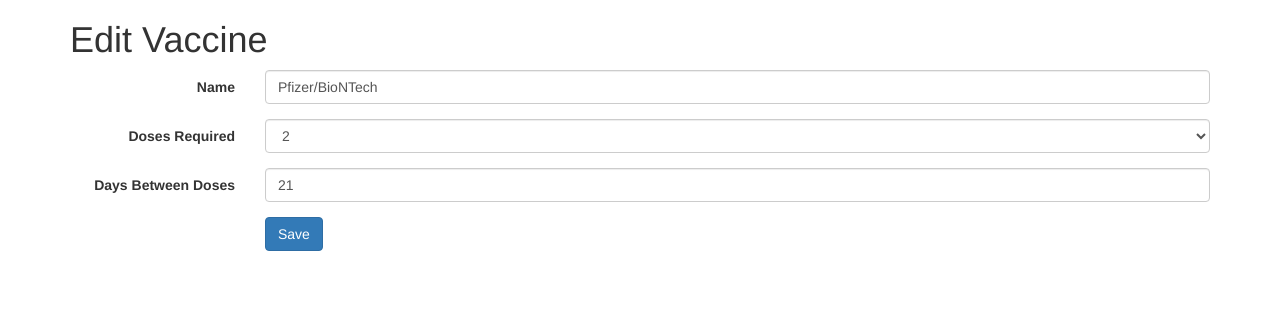
Repository: Thangtran1100/School-Stuff
Page: http://localhost/lab9/EditVaccine?id=1
The author's editor kept a copy of each file at every save. The page is drawn from the files as they stood at one save, then again after the next save.
The browser window is 1280 px wide. The pictures show the whole page.
Some web libraries are served in a nearby version. The page is served by Tomcat 9. Other server files are loaded and not shown.

Above is the page before, as saved 2023-03-27 21:48:25.

### Spring 2023/CS3220/Assignments/3220-Lab9-App/lab9/src/main/webapp/EditVaccine.jsp
<%@ page language="java" contentType="text/html; charset=UTF-8"
    pageEncoding="UTF-8"%>
<%@ taglib prefix="c" uri="http://java.sun.com/jsp/jstl/core"%>
<!DOCTYPE html>
<html lang="en">
<head>
    <meta charset="UTF-8">
    <title>Edit Vaccine</title>
    <link rel="stylesheet" href="https://maxcdn.bootstrapcdn.com/bootstrap/3.3.7/css/bootstrap.min.css">
</head>
<body>
    <div class="container">
        <h1>Edit Vaccine</h1>
        <form action="EditVaccine" method="post" class="form-horizontal">
            <input type="hidden" name="id" value="${vaccineEntry.id}">

            <div class="form-group">
                <label for="name" class="col-sm-2 text-md-start control-label">Name</label>
                <div class="col-sm-10">
                    <input type="text" name="name" class="form-control" value="${vaccineEntry.vaccine}">
                </div>
            </div>

            <div class="form-group">
                <label for="dose" class="col-sm-2 control-label">Doses Required</label>
                <div class="col-sm-10">
                    <select name="dose" class="form-control">
                        <c:forEach begin="1" end="2" var="index">
                            <c:choose>
                                <c:when test="${index == vaccineEntry.doseRequired}">
                                    <option value="${index}" selected>${index}</option>
                                </c:when>
                                <c:otherwise>
                                    <option value="${index}">${index}</option>
                                </c:otherwise>
                            </c:choose>
                        </c:forEach>
                    </select>
                </div>
            </div>
            <div class="form-group">
                <label for="days" class="col-sm-2 control-label">Days Between Doses</label>
                <div class="col-sm-10">
                    <input type="text" name="days" class="form-control" value="${vaccineEntry.daysBetweenDose}">
                </div>
            </div>
            <div class="form-group">
                <div class="col-sm-offset-2 col-sm-10">
                    <button type="submit" class="btn btn-primary">Save</button>
                </div>
            </div>
        </form>
    </div>
    <!-- Bootstrap JS -->
    <script src="https://ajax.googleapis.com/ajax/libs/jquery/3.2.1/jquery.min.js"></script>
    <script src="https://maxcdn.bootstrapcdn.com/bootstrap/3.3.7/js/bootstrap.min.js"></script>
</body>
</html>

### Spring 2023/CS3220/Assignments/3220-Lab9-App/lab9/src/main/java/lab9/servlet/EditVaccine.java
package lab9.servlet;

import java.io.IOException;
import java.io.PrintWriter;
import java.util.List;

import javax.servlet.ServletException;
import javax.servlet.annotation.WebServlet;
import javax.servlet.http.HttpServlet;
import javax.servlet.http.HttpServletRequest;
import javax.servlet.http.HttpServletResponse;

import model.VaccineEntry;
import utilities.ServletUtilities;

/**
 * Servlet implementation class EditVaccine
 */
@WebServlet("/EditVaccine")
public class EditVaccine extends HttpServlet {
	private static final long serialVersionUID = 1L;

    /**
     * @see HttpServlet#HttpServlet()
     */
    public EditVaccine() {
        super();
        // TODO Auto-generated constructor stub
    }

	/**
	 * @see HttpServlet#doGet(HttpServletRequest request, HttpServletResponse response)
	 */
	protected void doGet(HttpServletRequest request, HttpServletResponse response) throws ServletException, IOException {
		// TODO Auto-generated method stub

		List<VaccineEntry> entries = ServletUtilities.getVaccineEntresFromServletContext(getServletContext());

		int vaccineId = Integer.parseInt(request.getParameter("id"));

		VaccineEntry vaccineEntry = null;

		for(VaccineEntry entry : entries)
		{
			if(entry.getId() == vaccineId)
			{
				vaccineEntry = entry;
				break;
			}
		}

		request.setAttribute("vaccineEntry", vaccineEntry);
		request.getRequestDispatcher("EditVaccine.jsp").forward(request, response);

	}

	/**
	 * @see HttpServlet#doPost(HttpServletRequest request, HttpServletResponse response)
	 */
	protected void doPost(HttpServletRequest request, HttpServletResponse response) throws ServletException, IOException {
		// TODO Auto-generated method stub


		String vaccine = request.getParameter( "name" );
        String doses = request.getParameter( "dose" );
        String days = request.getParameter( "days" );

        List<VaccineEntry> entries = ServletUtilities.getVaccineEntresFromServletContext(getServletContext());


        for( VaccineEntry entry : entries )
        {
        	if(vaccine.equals(entry.getVaccine()))
        	{
        		entry.setDoseRequired(doses);
        		entry.setDaysBetweenDose(days);
        	}
        }


        response.sendRedirect( "ListVaccine" );

	}

}

### Spring 2023/CS3220/Assignments/3220-Lab9-App/lab9/src/main/java/utilities/ServletUtilities.java
package utilities;

import java.util.ArrayList;
import java.util.List;

import javax.servlet.ServletContext;

import model.VaccineEntry;

public class ServletUtilities {

	public static final String VaccineEntresKey = "entries";
	public static final String DOCTYPE =
			"<!DOCTYPE HTML>";

	public static String headWithTitle(String title) {
		return(
				DOCTYPE + "\n" +
						"<HTML>\n" +
						"<HEAD><TITLE>" + title + "</TITLE></HEAD>\n");
	}

	public static String titleWithBody(String title, String body) {
		return (headWithTitle(title) + "<BODY>" + body + "</BODY>\n" + "</HTML>\n");
	}

	public static int getInt(String str){
		try {
			int val = str == null || str.trim().length() == 0 ? 0
		            : Integer.parseInt( str );
			return val;
		}catch(Exception ex) { }
		return 0;
   }

	public static VaccineEntry getEntry(List<VaccineEntry> entries, int id){
		VaccineEntry entry = null;
		for( var e : entries )
            if( e.getId() == id )
            {
                entry = e;
                break;
            }
		return entry;
   }

	public static List<VaccineEntry> getVaccineEntresFromServletContext(ServletContext context){
		var obj = context.getAttribute( VaccineEntresKey );
		if (obj == null) return new ArrayList<VaccineEntry>();
		try {
			return (List<VaccineEntry>) obj;
		}catch(Exception ex) { return new ArrayList<VaccineEntry>(); }
   }

}

After the next save:
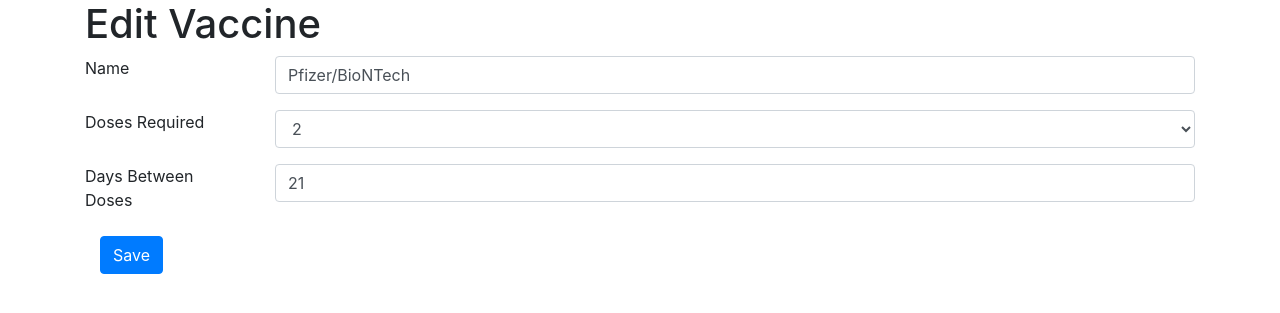
Saved 4 min 55 s later.
--- a/Spring 2023/CS3220/Assignments/3220-Lab9-App/lab9/src/main/webapp/EditVaccine.jsp
+++ b/Spring 2023/CS3220/Assignments/3220-Lab9-App/lab9/src/main/webapp/EditVaccine.jsp
@@ -6,7 +6,8 @@
 <head>
     <meta charset="UTF-8">
     <title>Edit Vaccine</title>
-    <link rel="stylesheet" href="https://maxcdn.bootstrapcdn.com/bootstrap/3.3.7/css/bootstrap.min.css">
+    <link rel="stylesheet"
+	href="https://maxcdn.bootstrapcdn.com/bootstrap/4.0.0/css/bootstrap.min.css">
 </head>
 <body>
     <div class="container">
@@ -14,14 +15,14 @@
         <form action="EditVaccine" method="post" class="form-horizontal">
             <input type="hidden" name="id" value="${vaccineEntry.id}">
 
-            <div class="form-group">
+            <div class="form-group row">
                 <label for="name" class="col-sm-2 text-md-start control-label">Name</label>
                 <div class="col-sm-10">
                     <input type="text" name="name" class="form-control" value="${vaccineEntry.vaccine}">
                 </div>
             </div>
 
-            <div class="form-group">
+            <div class="form-group row">
                 <label for="dose" class="col-sm-2 control-label">Doses Required</label>
                 <div class="col-sm-10">
                     <select name="dose" class="form-control">
@@ -38,7 +39,8 @@
                     </select>
                 </div>
             </div>
-            <div class="form-group">
+
+            <div class="form-group row">
                 <label for="days" class="col-sm-2 control-label">Days Between Doses</label>
                 <div class="col-sm-10">
                     <input type="text" name="days" class="form-control" value="${vaccineEntry.daysBetweenDose}">
